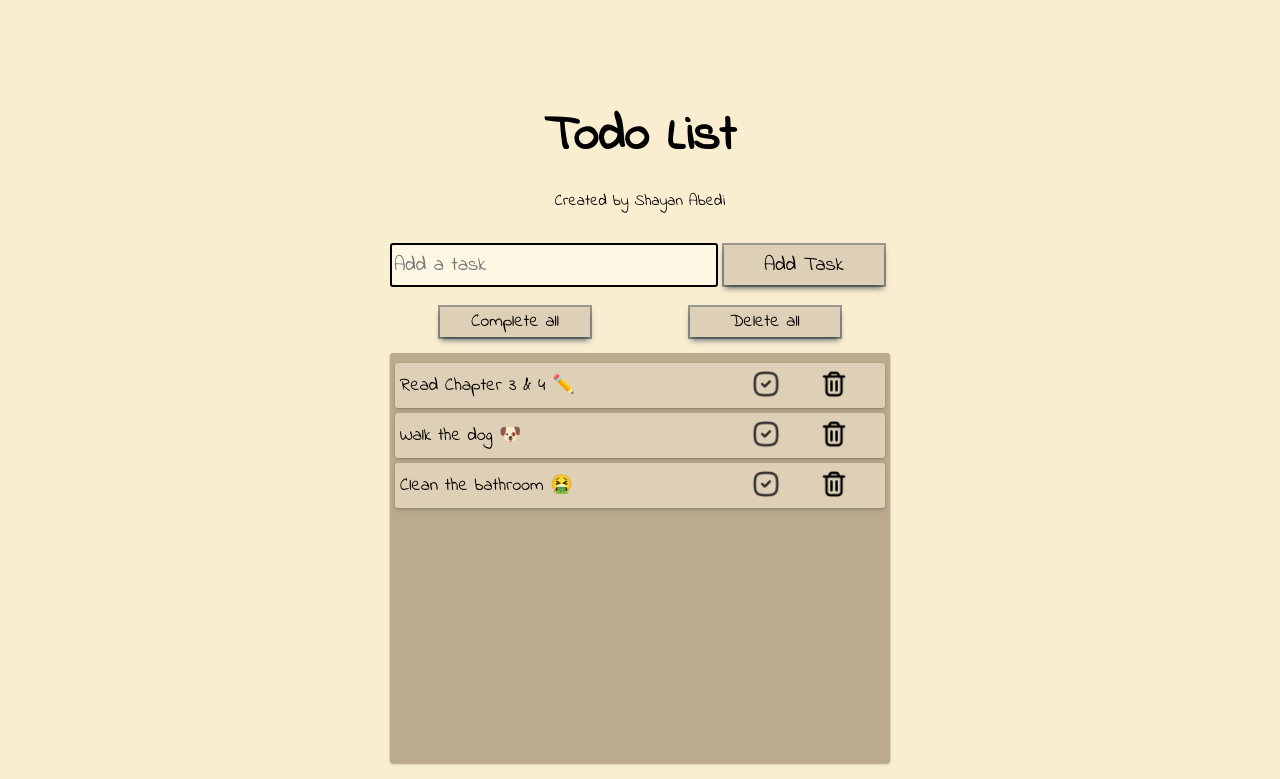
Repository: shayanabedi98/todo-list
Page: /
The author's editor kept a copy of each file at every save. The page is drawn from the files as they stood at one save, then again after the next save.
The browser window is 1280 px wide. The pictures show the whole page.
The project was rebuilt for these pictures with package versions that can differ from the ones it lists, and the page was loaded fresh each time. Also part of the build but not shown: vite.config.js.

Above is the page before, as saved 2023-12-30 19:42:34.

After the next save:
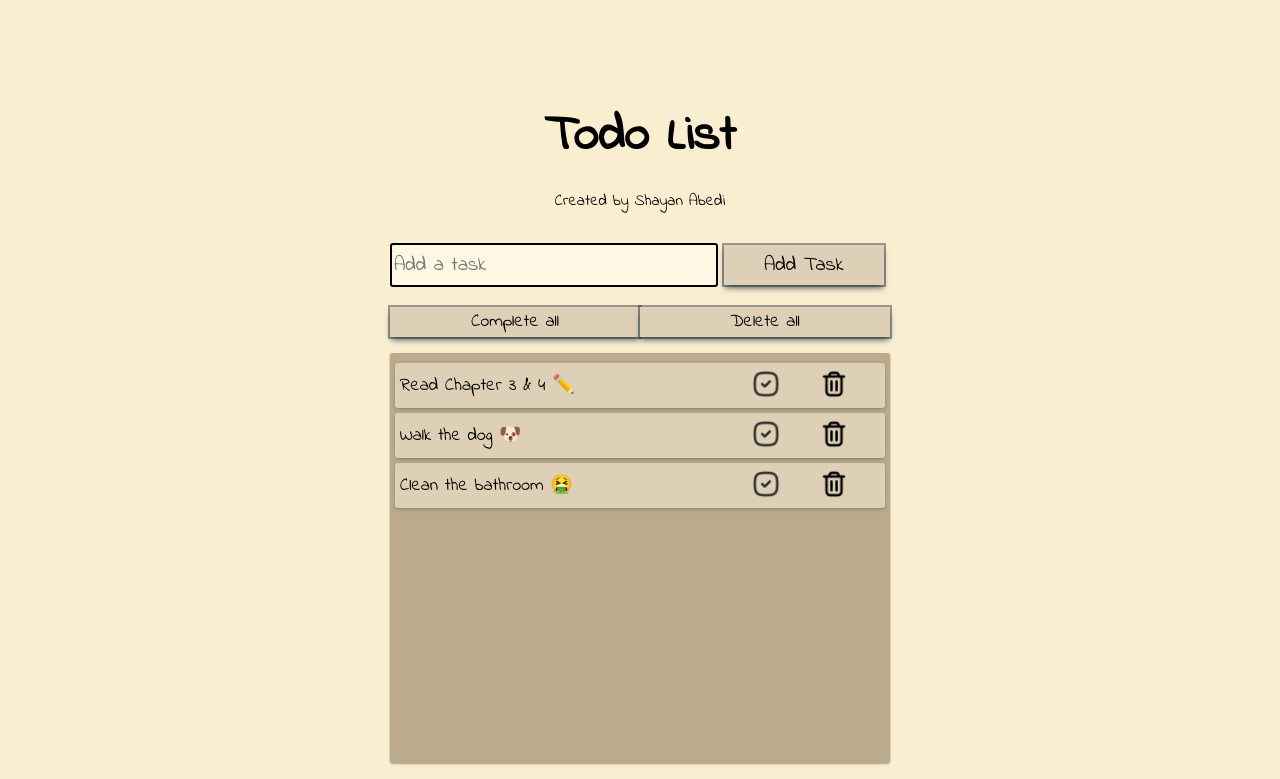
Saved 8 s later.
--- a/src/index.css
+++ b/src/index.css
@@ -48,7 +48,6 @@ h1 {
 .affect-all button {
   background-color: #DED0B6;
   border: none;
-  margin: 0 50px;
   font-family: 'Indie Flower', cursive;
   height: 30px;
   width: 50%;
